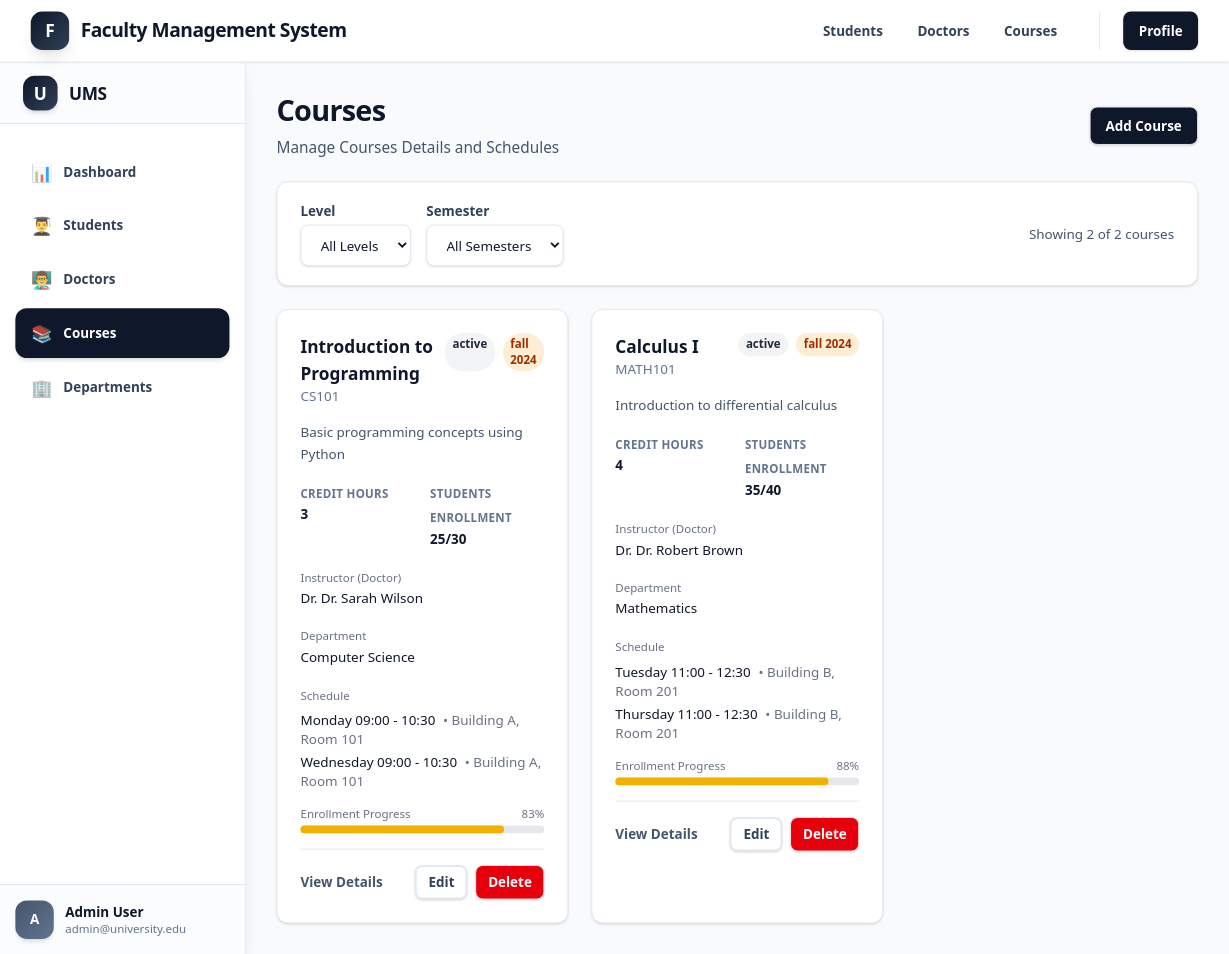
Repository: Mohamedmohsen179/Advanced-DB-Task
Page: /courses (app in frontend/)
An editor plug-in stored every save of this project. The page is shown before and after the next save, followed by the edit.
The browser window is 1280 px wide. The pictures show the whole page, at 96% of full size.
The page's requests for data from a server got no answer. The project was rebuilt for these pictures with package versions that can differ from the ones it lists, and the page was loaded fresh each time. The framework's server and built-in components were replaced by stand-ins that run in the browser. No one was signed in, and anything a server would have sent is missing. Also part of the build but not shown: frontend/next.config.ts.

Above is the page before, as saved 2025-11-28 18:40:55.

### frontend/app/layout.tsx
import type { Metadata } from "next";
import { Geist, Geist_Mono } from "next/font/google";
import "./globals.css";
import MainLayout from "../components/layout/MainLayout";

const geistSans = Geist({
  variable: "--font-geist-sans",
  subsets: ["latin"],
});

const geistMono = Geist_Mono({
  variable: "--font-geist-mono",
  subsets: ["latin"],
});

export const metadata: Metadata = {
  title: "University Management System",
  description: "A comprehensive university management system built with Next.js and TypeScript",
};

export default function RootLayout({
  children,
}: Readonly<{
  children: React.ReactNode;
}>) {
  return (
    <html lang="en">
      <body
        className={`${geistSans.variable} ${geistMono.variable} antialiased`}
      >
        <MainLayout>{children}</MainLayout>
      </body>
    </html>
  );
}

### frontend/app/courses/page.tsx
import CoursesContainer from '../../containers/CoursesContainer';

export default function CoursesPage() {
  return <CoursesContainer />;
}

### frontend/app/globals.css
@import "tailwindcss";

:root {
  --background: #fafafa;
  --foreground: #0f172a;
  --primary: #2563eb;
  --primary-foreground: #ffffff;
  --secondary: #f1f5f9;
  --secondary-foreground: #334155;
  --muted: #f8fafc;
  --muted-foreground: #64748b;
  --accent: #f1f5f9;
  --accent-foreground: #0f172a;
  --border: #e2e8f0;
  --input: #ffffff;
  --ring: #2563eb;
  --radius: 0.5rem;
}

@theme inline {
  --color-background: var(--background);
  --color-foreground: var(--foreground);
  --font-sans: var(--font-geist-sans);
  --font-mono: var(--font-geist-mono);
}

@media (prefers-color-scheme: dark) {
  :root {
    --background: #020617;
    --foreground: #f8fafc;
    --primary: #3b82f6;
    --primary-foreground: #f8fafc;
    --secondary: #1e293b;
    --secondary-foreground: #f8fafc;
    --muted: #1e293b;
    --muted-foreground: #94a3b8;
    --accent: #1e293b;
    --accent-foreground: #f8fafc;
    --border: #334155;
    --input: #1e293b;
    --ring: #3b82f6;
  }
}

* {
  border-color: var(--border);
}

body {
  background: var(--background);
  color: var(--foreground);
  font-family: var(--font-sans), system-ui, -apple-system, sans-serif;
  line-height: 1.6;
  -webkit-font-smoothing: antialiased;
  -moz-osx-font-smoothing: grayscale;
}

/* Professional scrollbar */
::-webkit-scrollbar {
  width: 8px;
  height: 8px;
}

::-webkit-scrollbar-track {
  background: var(--muted);
}

::-webkit-scrollbar-thumb {
  background: var(--muted-foreground);
  border-radius: 4px;
}

::-webkit-scrollbar-thumb:hover {
  background: var(--foreground);
}

/* Focus styles */
.focus-visible {
  outline: 2px solid var(--ring);
  outline-offset: 2px;
}

/* Professional shadows */
.shadow-professional {
  box-shadow: 0 1px 3px 0 rgb(0 0 0 / 0.1), 0 1px 2px -1px rgb(0 0 0 / 0.1);
}

.shadow-professional-lg {
  box-shadow: 0 10px 15px -3px rgb(0 0 0 / 0.1), 0 4px 6px -4px rgb(0 0 0 / 0.1);
}

### frontend/components/layout/MainLayout.tsx
'use client';

import { useState } from 'react';
import Navbar from './Navbar';
import Sidebar from './Sidebar';

interface MainLayoutProps {
  children: React.ReactNode;
}

export default function MainLayout({ children }: MainLayoutProps) {
  const [sidebarOpen, setSidebarOpen] = useState(false);

  return (
    <div className="min-h-screen bg-slate-50">
      {/* Navbar */}
      <Navbar />

      <div className="flex">
        {/* Sidebar */}
        <Sidebar
          isOpen={sidebarOpen}
          onClose={() => setSidebarOpen(false)}
        />

        {/* Main Content */}
        <div className="flex-1 lg:ml-0">
          {/* Mobile sidebar toggle */}
          <div className="lg:hidden">
            <button
              onClick={() => setSidebarOpen(true)}
              className="fixed top-20 left-4 z-10 bg-white p-3 rounded-xl shadow-professional border border-slate-200 hover:shadow-professional-lg transition-all duration-200"
            >
              <svg className="w-5 h-5 text-slate-600" fill="none" stroke="currentColor" viewBox="0 0 24 24">
                <path strokeLinecap="round" strokeLinejoin="round" strokeWidth={2} d="M4 6h16M4 12h16M4 18h16" />
              </svg>
            </button>
          </div>

          {/* Page Content */}
          <main className="p-6 lg:p-8">
            <div className="max-w-7xl mx-auto">
              {children}
            </div>
          </main>
        </div>
      </div>
    </div>
  );
}

### frontend/containers/CoursesContainer.tsx
'use client';

import { useState, useEffect } from 'react';
import Link from 'next/link';
import { CourseWithSchedule, PaginatedResponse } from '../types';
import { apiService } from '../services/api';
import CourseCard from '../components/courses/CourseCard';
import Button from '../components/ui/Button';
import { Card, CardContent } from '../components/ui/Card';

export default function CoursesContainer() {
  const [courses, setCourses] = useState<CourseWithSchedule[]>([]);
  const [loading, setLoading] = useState(true);
  const [error, setError] = useState<string | null>(null);
  const [filter, setFilter] = useState<'all' | 'Level1' | 'Level2' | 'Level3' | 'Level4'>('all');
  const [semesterFilter, setSemesterFilter] = useState<'all' | 'fall' | 'spring' | 'summer' | 'winter'>('all');

  useEffect(() => {
    loadCourses();
  }, []);

  const loadCourses = async () => {
    try {
      setLoading(true);
      setError(null);
      const response: PaginatedResponse<CourseWithSchedule> = await apiService.getCourses();

      if (response.success) {
        setCourses(response.data);
      } else {
        setError('Failed to load Courses');
      }
    } catch (err) {
      setError('An error occurred while loading courses');
      console.error('Error loading courses:', err);
    } finally {
      setLoading(false);
    }
  };

  const handleEdit = (course: CourseWithSchedule) => {
    // TODO: Implement edit functionality
    console.log('Edit course:', course);
  };

  const handleDelete = async (courseId: string) => {
    if (!confirm('Are you sure you want to delete this course?')) {
      return;
    }

    try {
      await apiService.deleteCourse(courseId);
      // Reload courses after deletion
      await loadCourses();
    } catch (err) {
      setError('Failed to delete course');
      console.error('Error deleting course:', err);
    }
  };

  const filteredCourses = courses.filter(course => {
    const statusMatch = filter === 'all' || course.code === filter;
    const semesterMatch = semesterFilter === 'all' || course.semester === semesterFilter;
    return statusMatch && semesterMatch;
  });

  if (error) {
    return (
      <div className="bg-red-50 border border-red-200 rounded-md p-4">
        <div className="flex">
          <div className="flex-shrink-0">
            <svg className="h-5 w-5 text-red-400" viewBox="0 0 20 20" fill="currentColor">
              <path fillRule="evenodd" d="M10 18a8 8 0 100-16 8 8 0 000 16zM8.707 7.293a1 1 0 00-1.414 1.414L8.586 10l-1.293 1.293a1 1 0 101.414 1.414L10 11.414l1.293 1.293a1 1 0 001.414-1.414L11.414 10l1.293-1.293a1 1 0 00-1.414-1.414L10 8.586 8.707 7.293z" clipRule="evenodd" />
            </svg>
          </div>
          <div className="ml-3">
            <h3 className="text-sm font-medium text-red-800">Error</h3>
            <div className="mt-2 text-sm text-red-700">
              <p>{error}</p>
            </div>
            <div className="mt-4">
              <button
                onClick={loadCourses}
                className="bg-red-100 px-3 py-2 rounded-md text-sm font-medium text-red-800 hover:bg-red-200"
              >
                Try Again
              </button>
            </div>
          </div>
        </div>
      </div>
    );
  }

  return (
    <div className="space-y-6">
      {/* Header */}
      <div className="flex items-center justify-between">
        <div>
          <h1 className="text-3xl font-bold text-slate-900 tracking-tight">Courses</h1>
          <p className="mt-2 text-base text-slate-600">
            Manage Courses Details and Schedules
          </p>
        </div>
        <Link href="/courses/new">
          <Button>Add Course</Button>
        </Link>
      </div>

      {/* Filters */}
      <Card>
        <CardContent>
          <div className="flex flex-wrap gap-4 items-center">
            <div>
              <label className="block text-sm font-semibold text-slate-700 mb-1">Level</label>
              <select
                value={filter}
                onChange={(e) => setFilter(e.target.value as 'all' | 'Level1' | 'Level2' | 'Level3' | 'Level4')}
                className="border border-slate-300 rounded-lg px-4 py-2.5 text-sm focus:outline-none focus:ring-2 focus:ring-slate-500 focus:border-slate-500 transition-all duration-200 bg-white shadow-sm"
              >
                <option value="all">All Levels</option>
                <option value="Level1">Level 1</option>
                <option value="Level2">Level 2</option>
                <option value="Level3">Level 3</option>
                <option value="Level4">Level 4</option>
              </select>
            </div>

            <div>
              <label className="block text-sm font-semibold text-slate-700 mb-1">Semester</label>
              <select
                value={semesterFilter}
                onChange={(e) => setSemesterFilter(e.target.value as 'all' | 'fall' | 'spring' | 'summer' | 'winter')}
                className="border border-slate-300 rounded-lg px-4 py-2.5 text-sm focus:outline-none focus:ring-2 focus:ring-slate-500 focus:border-slate-500 transition-all duration-200 bg-white shadow-sm"
              >
                <option value="all">All Semesters</option>
                <option value="fall">Fall</option>
                <option value="spring">Spring</option>
                <option value="summer">Summer</option>
                <option value="winter">Winter</option>
              </select>
            </div>

            <div className="flex-1"></div>

            <div className="text-sm font-medium text-slate-600">
              Showing {filteredCourses.length} of {courses.length} courses
            </div>
          </div>
        </CardContent>
      </Card>

      {/* Loading State */}
      {loading && (
        <Card>
          <CardContent>
            <div className="flex items-center justify-center py-12">
              <div className="animate-spin rounded-full h-8 w-8 border-b-2 border-blue-600"></div>
              <span className="ml-2 text-gray-600">Loading courses...</span>
            </div>
          </CardContent>
        </Card>
      )}

      {/* Empty State */}
      {!loading && filteredCourses.length === 0 && (
        <Card>
          <CardContent>
            <div className="text-center py-12">
              <div className="text-gray-400 text-6xl mb-4">📚</div>
              <h3 className="text-lg font-medium text-gray-900 mb-2">
                {courses.length === 0 ? 'No courses found' : 'No courses match your filters'}
              </h3>
              <p className="text-gray-500 mb-6">
                {courses.length === 0
                  ? 'Get started by adding your first course.'
                  : 'Try adjusting your filters to see more courses.'
                }
              </p>
              {courses.length === 0 && (
                <Link href="/courses/new">
                  <Button>Add Course</Button>
                </Link>
              )}
            </div>
          </CardContent>
        </Card>
      )}

      {/* Courses Grid */}
      {!loading && filteredCourses.length > 0 && (
        <div className="grid grid-cols-1 md:grid-cols-2 lg:grid-cols-3 gap-6">
          {filteredCourses.map((course) => (
            <CourseCard
              key={course.id}
              course={course}
              onEdit={handleEdit}
              onDelete={handleDelete}
            />
          ))}
        </div>
      )}
    </div>
  );
}

### frontend/components/ui/Button.tsx
import { ButtonHTMLAttributes, forwardRef } from 'react';

interface ButtonProps extends ButtonHTMLAttributes<HTMLButtonElement> {
  variant?: 'primary' | 'secondary' | 'danger' | 'outline';
  size?: 'sm' | 'md' | 'lg';
  loading?: boolean;
}

const Button = forwardRef<HTMLButtonElement, ButtonProps>(
  ({ className = '', variant = 'primary', size = 'md', loading = false, children, disabled, ...props }, ref) => {
    const baseClasses = 'inline-flex items-center justify-center font-semibold rounded-lg transition-all duration-200 focus:outline-none focus:ring-2 focus:ring-offset-2 disabled:opacity-50 disabled:cursor-not-allowed shadow-sm hover:shadow-md active:scale-[0.98]';

    const variantClasses = {
      primary: 'bg-slate-900 text-white hover:bg-slate-800 focus:ring-slate-500 border border-slate-900',
      secondary: 'bg-slate-100 text-slate-900 hover:bg-slate-200 focus:ring-slate-500 border border-slate-200',
      danger: 'bg-red-600 text-white hover:bg-red-700 focus:ring-red-500 border border-red-600',
      outline: 'border-2 border-slate-300 text-slate-700 bg-white hover:bg-slate-50 hover:border-slate-400 focus:ring-slate-500',
    };

    const sizeClasses = {
      sm: 'px-3 py-2 text-sm h-9',
      md: 'px-4 py-2.5 text-sm h-10',
      lg: 'px-6 py-3 text-base h-12',
    };

    return (
      <button
        ref={ref}
        className={`${baseClasses} ${variantClasses[variant]} ${sizeClasses[size]} ${className}`}
        disabled={disabled || loading}
        {...props}
      >
        {loading && (
          <svg className="animate-spin -ml-1 mr-2 h-4 w-4" fill="none" viewBox="0 0 24 24">
            <circle className="opacity-25" cx="12" cy="12" r="10" stroke="currentColor" strokeWidth="4" />
            <path className="opacity-75" fill="currentColor" d="M4 12a8 8 0 018-8V0C5.373 0 0 5.373 0 12h4zm2 5.291A7.962 7.962 0 014 12H0c0 3.042 1.135 5.824 3 7.938l3-2.647z" />
          </svg>
        )}
        {children}
      </button>
    );
  }
);

Button.displayName = 'Button';

export default Button;

### frontend/components/ui/Card.tsx
import { HTMLAttributes, forwardRef } from 'react';

interface CardProps extends HTMLAttributes<HTMLDivElement> {
  children: React.ReactNode;
}

const Card = forwardRef<HTMLDivElement, CardProps>(
  ({ className = '', children, ...props }, ref) => {
    return (
      <div
        ref={ref}
        className={`bg-white rounded-xl border border-slate-200 shadow-professional hover:shadow-professional-lg transition-shadow duration-200 ${className}`}
        {...props}
      >
        {children}
      </div>
    );
  }
);

Card.displayName = 'Card';

interface CardHeaderProps extends HTMLAttributes<HTMLDivElement> {
  children: React.ReactNode;
}

const CardHeader = forwardRef<HTMLDivElement, CardHeaderProps>(
  ({ className = '', children, ...props }, ref) => {
    return (
      <div
        ref={ref}
        className={`px-6 py-5 border-b border-slate-200 bg-slate-50/50 rounded-t-xl ${className}`}
        {...props}
      >
        {children}
      </div>
    );
  }
);

CardHeader.displayName = 'CardHeader';

interface CardContentProps extends HTMLAttributes<HTMLDivElement> {
  children: React.ReactNode;
}

const CardContent = forwardRef<HTMLDivElement, CardContentProps>(
  ({ className = '', children, ...props }, ref) => {
    return (
      <div
        ref={ref}
        className={`px-6 py-5 ${className}`}
        {...props}
      >
        {children}
      </div>
    );
  }
);

CardContent.displayName = 'CardContent';

interface CardFooterProps extends HTMLAttributes<HTMLDivElement> {
  children: React.ReactNode;
}

const CardFooter = forwardRef<HTMLDivElement, CardFooterProps>(
  ({ className = '', children, ...props }, ref) => {
    return (
      <div
        ref={ref}
        className={`px-6 py-5 border-t border-slate-200 bg-slate-50 rounded-b-xl ${className}`}
        {...props}
      >
        {children}
      </div>
    );
  }
);

CardFooter.displayName = 'CardFooter';

export { Card, CardHeader, CardContent, CardFooter };

Loaded but not shown: frontend/services/api.ts (539 lines, source omitted); frontend/components/courses/CourseCard.tsx (173 lines, source omitted); frontend/components/layout/Sidebar.tsx (158 lines, source omitted); frontend/components/layout/Navbar.tsx (102 lines, source omitted)

After the next save:
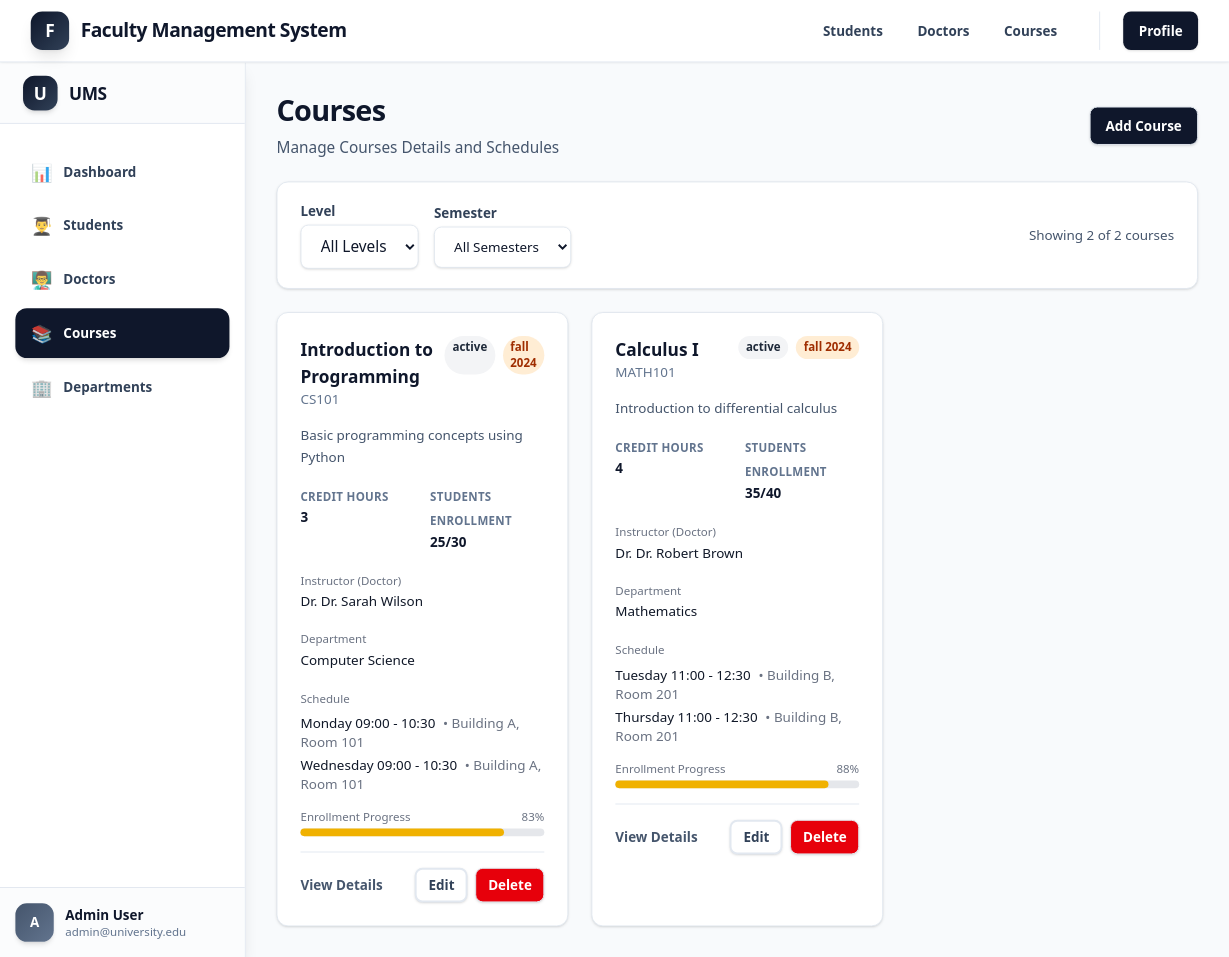
Saved 11 min 0 s later.
--- a/frontend/containers/CoursesContainer.tsx
+++ b/frontend/containers/CoursesContainer.tsx
@@ -116,7 +116,8 @@
               <select
                 value={filter}
                 onChange={(e) => setFilter(e.target.value as 'all' | 'Level1' | 'Level2' | 'Level3' | 'Level4')}
-                className="border border-slate-300 rounded-lg px-4 py-2.5 text-sm focus:outline-none focus:ring-2 focus:ring-slate-500 focus:border-slate-500 transition-all duration-200 bg-white shadow-sm"
+                className="border border-slate-300 rounded-lg px-4 py-2.5 text-black-sm
+                 focus:outline-none focus:ring-2 focus:ring-slate-500 focus:border-slate-500 transition-all duration-200 bg-white shadow-sm"
               >
                 <option value="all">All Levels</option>
                 <option value="Level1">Level 1</option>

After the save that followed:
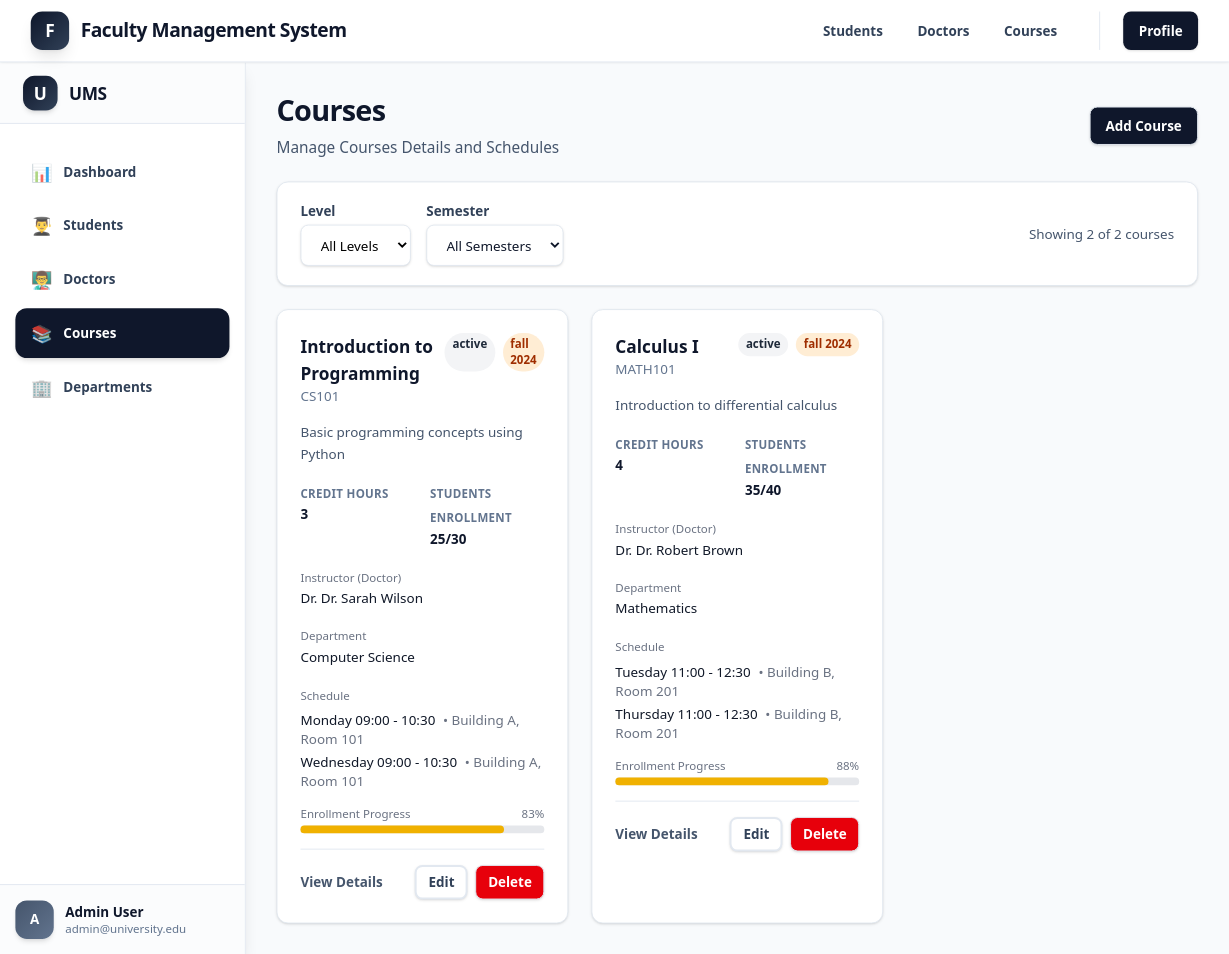
Saved 6 s later.
--- a/frontend/containers/CoursesContainer.tsx
+++ b/frontend/containers/CoursesContainer.tsx
@@ -116,8 +116,8 @@
               <select
                 value={filter}
                 onChange={(e) => setFilter(e.target.value as 'all' | 'Level1' | 'Level2' | 'Level3' | 'Level4')}
-                className="border border-slate-300 rounded-lg px-4 py-2.5 text-black-sm
-                 focus:outline-none focus:ring-2 focus:ring-slate-500 focus:border-slate-500 transition-all duration-200 bg-white shadow-sm"
+                className="border border-slate-300 rounded-lg px-4 py-2.5 text-sm
+                text-black focus:outline-none focus:ring-2 focus:ring-slate-500 focus:border-slate-500 transition-all duration-200 bg-white shadow-sm"
               >
                 <option value="all">All Levels</option>
                 <option value="Level1">Level 1</option>
